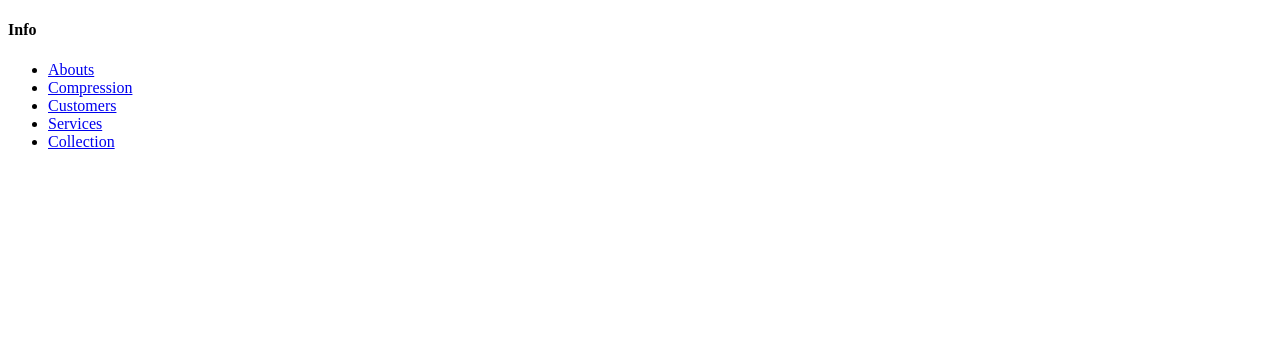
Repository: syni18/responsive_footer
Page: index.html
These files come from the project's save history. The page is drawn as it stood at one moment and after a run of saves; the edit follows.
The browser window is 1280 px wide. The pictures show the whole page.

Above is the page before, as saved 2023-11-03 17:00:28.

### index.html
<!DOCTYPE html>
<html lang="en">
<head>
    <meta charset="UTF-8">
    <meta name="viewport" content="width=device-width, initial-scale=1.0">
    <title>Responsive footer</title>
</head>
<body>
    <section class="footer">
        <div class="footer-row">
            <div class="footer-col">
                <h4>Info</h4>
                <ul class="links">
                    <li><a href="#">Abouts</a></li>
                    <li><a href="#">Compression</a></li>
                    <li><a href="#">Customers</a></li>
                    <li><a href="#">Services</a></li>
                    <li><a href="#">Collection</a></li>
                </ul>
            </div>
        </div>
    </section>
</body>
</html>

After the next 2 saves:
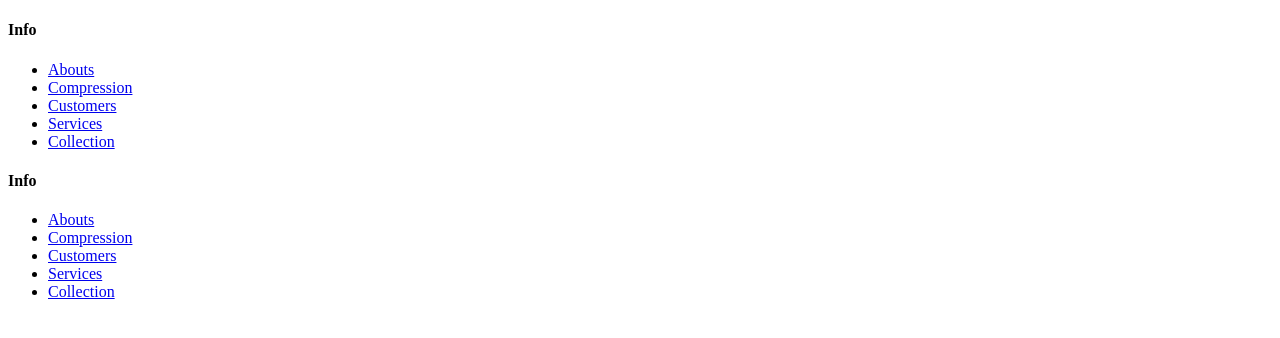
The 2 saves are shown as one change because they came seconds apart.
The last was saved 25 s later.
--- a/index.html
+++ b/index.html
@@ -18,6 +18,17 @@
                     <li><a href="#">Collection</a></li>
                 </ul>
             </div>
+
+            <div class="footer-col">
+                <h4>Info</h4>
+                <ul class="links">
+                    <li><a href="#">Abouts</a></li>
+                    <li><a href="#">Compression</a></li>
+                    <li><a href="#">Customers</a></li>
+                    <li><a href="#">Services</a></li>
+                    <li><a href="#">Collection</a></li>
+                </ul>
+            </div>
         </div>
     </section>
 </body>
